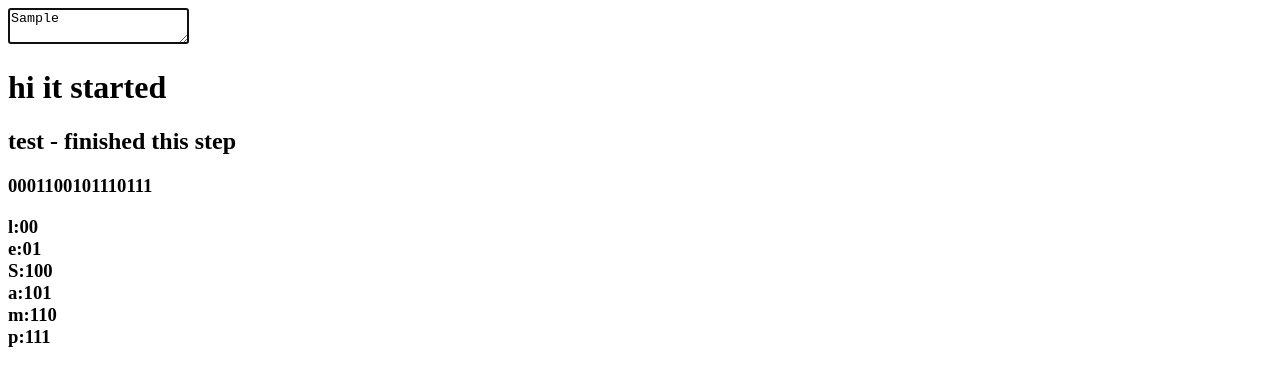
Repository: rdass1/HuffmanCoding-Decoding
Page: index.html
These files come from the project's save history. The page is drawn as it stood at one moment and after the next save; the edit follows.
The browser window is 1280 px wide. The pictures show the whole page.
Empty fields were first filled with sample values (such as "Sample", 5 or name@example.com).
After loading, the first visible `#encoderInput` was changed once.

Above is the page before, as saved 2021-11-27 00:47:26.

### index.html
<!DOCTYPE html>
<html>
<head>
    <meta charset="UTF-8">
    <meta name="viewport" content="width=device-width, initial-scale=1.0">
    <meta http-equiv="X-UA-Compatible" content="ie=edge">
    <title>HuffmanCoding-Decoding</title>
    <link rel="stylesheet" href="style.css">

</head>
<body>

    <textarea type="text" id="encoderInput" placeholder="type text here e.g 'Mississippi river'" autofocus></textarea>
    <h1>hi it started</h1>
    <h2>test - finished this step</h2>
    <h3 id="charCodes"></h3>
    <h3 id="charCodesVerbose"></h3>
    <canvas></canvas>






    <script src="https://d3js.org/d3.v7.min.js"></script>
    <script src="./javascript/huffmanNode.js"></script>
    <script src="./javascript/draw.js"></script>
    <script src="./javascript/updater.js"></script>
    <script src="./javascript/index.js"></script>
</body>
</html>

### javascript/huffmanNode.js
class HuffmanNode{
    constructor(){
        this.data = 0;
        this.c = '';
        this.code = '';
        this.left = null;
        this.right = null;
    }
}

function HuffmanCoding(){

}
HuffmanCoding.prototype = {
    createTree: function(string){
        var sortedFrequency = sortFrequency(frequency(string));


        var charArray = [];
        var charFreq = [];

        sortedFrequency.forEach(x => charArray.push(x[0]));
        sortedFrequency.forEach(x => charFreq.push(x[1]));

        let n = charArray.length;
        let queue = [];



        for(var i = 0; i < n; i++){
            let huffNode = new HuffmanNode();
            huffNode.c = charArray[i];
            huffNode.data = charFreq[i];
            huffNode.left = null;
            huffNode.right = null;
            queue.push(huffNode);

        }

        var root = null;
        queue.sort(function(a,b){return a.data-b.data});

        while(queue.length>1){
            var x = queue[0];
            queue.shift();
            var y = queue[0];
            queue.shift();
            var f = new HuffmanNode();
            f.data = x.data + y.data;
            f.c = '-';
            f.left = x;
            f.right = y;
            root = f;
            queue.push(f);
            queue.sort(function(a,b){return a.data-b.data});
        }
        return root;
    },
    printCode: function(root, s){
        if(root == null){
            return;
        }
        if (root.left == null && root.right == null && ((root.c).toLowerCase()) != ((root.c).toUpperCase())){
            root.code += s;
            document.getElementById("charCodesVerbose").innerHTML +=root.c + ":" + s+"<br>";
            return;
        }
        this.printCode(root.left,s+"0");
        this.printCode(root.right,s+"1");

    },
    printEncodedCode: function(root){
        if(root == null){
            return;
        }
        if (root.left == null && root.right == null && ((root.c).toLowerCase()) != ((root.c).toUpperCase())){
            for(var i = 0; i < root.data;i++){
                document.getElementById("charCodes").innerHTML += root.code;
            }
            return;
        }
        console.log('hi');
        this.printEncodedCode(root.left);
        this.printEncodedCode(root.right);

    },
    clearTable: function(){
        document.getElementById("charCodes").innerHTML = "";
        document.getElementById("charCodesVerbose").innerHTML = "";
    }
}

### javascript/draw.js

function drawGraph(HuffmanTable) {
    //parse data
    var list = [].concat(HuffmanTable),
        tableSize = HuffmanTable.length;

    while (list.length > 1) {
        var y = list.pop();
        var x = list.pop();
        var obj = {
            'value': x.value + y.value,
            'children': [x, y]
        }
        list.push(obj);
    }

    // Draw graph
    var margin = {
            top: 25,
            right: 5,
            bottom: 5,
            left: 5
        },
        width = (70 * tableSize) - margin.right - margin.left,
        height = (70 * tableSize) - margin.top - margin.bottom;

    var i = 0;

    var tree = d3.layout.tree().size([height, width]);
    var diagonal = d3.svg.diagonal().projection(function(d) {
        return [d.x, d.y];
    });
    var svg = d3.select("canvas").append("svg")
        .attr("width", width + margin.right + margin.left).attr("height", height + margin.top + margin.bottom)
        .append("g")
        .attr("transform", "translate(" + margin.left + "," + margin.top + ")");


    root = list.pop();

    var nodes = tree.nodes(root),
        links = tree.links(nodes);

    nodes.forEach(function(d) {
        d.y = d.depth * 70;
    });

    var gNode = svg.selectAll("g.node")
        .data(nodes, function(d) {
            return d.id || (d.id = ++i);
        });

    var nodeEnter = gNode.enter().append("g")
        .attr("class", "node")
        .attr("transform", function(d) {
            return "translate(" + d.x + "," + d.y + ")";
        });

    var circle = nodeEnter.append("circle")
        .attr("r", 0);

    circle.transition()
        .delay(function(d, i) {
            return i * 80;
        })
        .attr("r", 20)
        .style("fill", function(d, i) {
            return d.children || d._children ? '#FFE066' : '#fff';
        })
        .duration(1000)
        .ease('elastic');

    //Enter the char
    var charText = nodeEnter.append('text')
        .attr('y', 5)
        .attr("text-anchor", "middle")
        .style('font-size', function(d, i) {
            if (d.value.length > 14) {
                return 8;
            }

            return 12;
        });

    charText.transition()
        .delay(function(d, i) {
            return i * 90;
        })
        .text(function(d) {
            return d.value;
        });

    //Enter the code & frequency
    var codeText = nodeEnter.append('text')
        .attr("y", 40)
        .attr("id", "code")
        .attr("text-anchor", "middle")
        .style('display', 'none')
        .style('font-size', function(d, i) {
            if (d.code) {
                if (d.code.length > 14) {
                    return 8;
                }
            }
            return 11;
        })
        .style('font-weight', 'normal')
        .text(function(d, i) {
            return d.code;
        })

    gNode.on('mouseover', function() {
        d3.select(this).select('#code')
            .style('display', 'block');

    }).on('mouseout', function() {
        d3.select(this).select('#code')
            .style('display', 'none');
    })

    //Enter the path code  0/1
    var pathText = nodeEnter.append('text')
        .attr("y", -30)
        .style('font-size', '10px');

    pathText.transition()
        .delay(function(d, i) {
            return i * 85;
        })
        .text(function(d) {
            return d.code ? d.code.substr(d.code.length - 1) : 1
        });


    //PATH
    var path = svg.selectAll("path.link")
        .data(links, function(d) {
            return d.target.id;
        });

    var pathT = path.enter().insert("path", "g")
        .attr("class", "link");

    pathT.transition()
        .delay(function(d, i) {
            return i * 85;
        })
        .attr("d", diagonal);
}

### javascript/updater.js
var huffmanCoding = new HuffmanCoding();



var encoder = document.getElementById('encoderInput');


encoder.addEventListener('input',
    function inputListener(e){

        var root = huffmanCoding.createTree(encoder.value);
        huffmanCoding.clearTable();

        huffmanCoding.printCode(root,"");
        huffmanCoding.printEncodedCode(root);

        console.clear();
        print(root);
    }

);

### javascript/index.js




const print = (x) => console.log(x);



let frequency = (string) => {
    var freqDict = {}
    for (var i=0; i<string.length;i++) {
        var character = string.charAt(i);
        if (freqDict[character]) {
            freqDict[character]++;
        } else {
            freqDict[character] = 1;
        }
    }

    return freqDict;
}

let sortFrequency = (dict) => {
    var items = Object.keys(dict).map(function(key) {
        return [key, dict[key]];
    });

    items.sort(function(first, second){
        return  first[1] - second[1];
    });
    return items;
}





var string = "AAAAABBBBBBBBBCCCCCCCCCCCCDDDDDDDDDDDDDEEEEEEEEEEEEEEEEFFFFFFFFFFFFFFFFFFFFFFFFFFFFFFFFFFFFFFFFFFFFF";

// function run(string){

// }


function printCode(root,s){

}


// print(huffmanCoding.createTree(string));
// print(HuffmanCoding.createTree(string));
// printCode(root,"");

Loaded but not shown: style.css (no stored copy; drawn as an empty file)

After the next save:
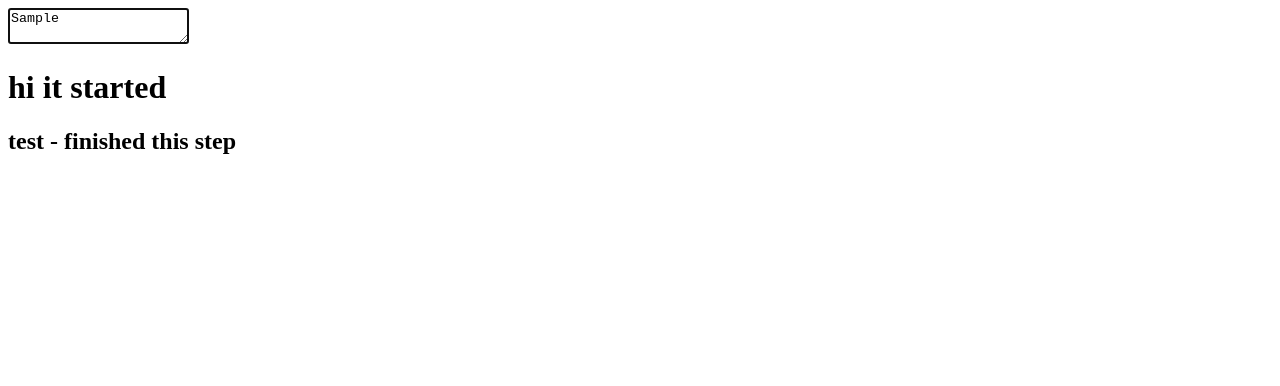
Saved 34 s later.
--- a/javascript/huffmanNode.js
+++ b/javascript/huffmanNode.js
@@ -13,14 +13,14 @@
 }
 HuffmanCoding.prototype = {
     createTree: function(string){
-        var sortedFrequency = sortFrequency(frequency(string));
+        //var sortedFrequency = sortFrequency(frequency(string));
 
 
         var charArray = [];
         var charFreq = [];
 
-        sortedFrequency.forEach(x => charArray.push(x[0]));
-        sortedFrequency.forEach(x => charFreq.push(x[1]));
+        //sortedFrequency.forEach(x => charArray.push(x[0]));
+        //sortedFrequency.forEach(x => charFreq.push(x[1]));
 
         let n = charArray.length;
         let queue = [];
@@ -38,7 +38,7 @@
         }
 
         var root = null;
-        queue.sort(function(a,b){return a.data-b.data});
+        //queue.sort(function(a,b){return a.data-b.data});
 
         while(queue.length>1){
             var x = queue[0];
@@ -52,7 +52,7 @@
             f.right = y;
             root = f;
             queue.push(f);
-            queue.sort(function(a,b){return a.data-b.data});
+            //queue.sort(function(a,b){return a.data-b.data});
         }
         return root;
     },

After the 2 saves that followed:
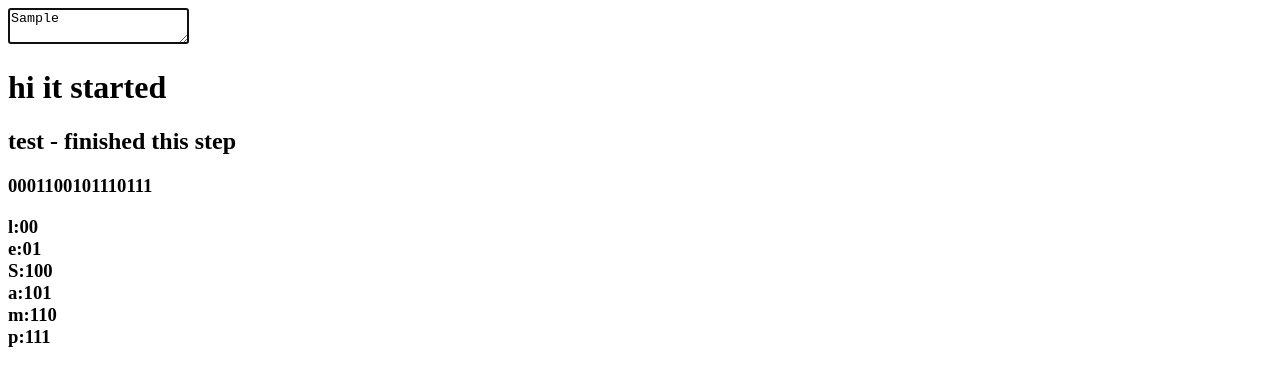
The 2 saves are shown as one change because they came seconds apart.
The last was saved 5 s later.
--- a/javascript/huffmanNode.js
+++ b/javascript/huffmanNode.js
@@ -13,14 +13,14 @@
 }
 HuffmanCoding.prototype = {
     createTree: function(string){
-        //var sortedFrequency = sortFrequency(frequency(string));
+        var sortedFrequency = sortFrequency(frequency(string));
 
 
         var charArray = [];
         var charFreq = [];
 
-        //sortedFrequency.forEach(x => charArray.push(x[0]));
-        //sortedFrequency.forEach(x => charFreq.push(x[1]));
+        sortedFrequency.forEach(x => charArray.push(x[0]));
+        sortedFrequency.forEach(x => charFreq.push(x[1]));
 
         let n = charArray.length;
         let queue = [];
